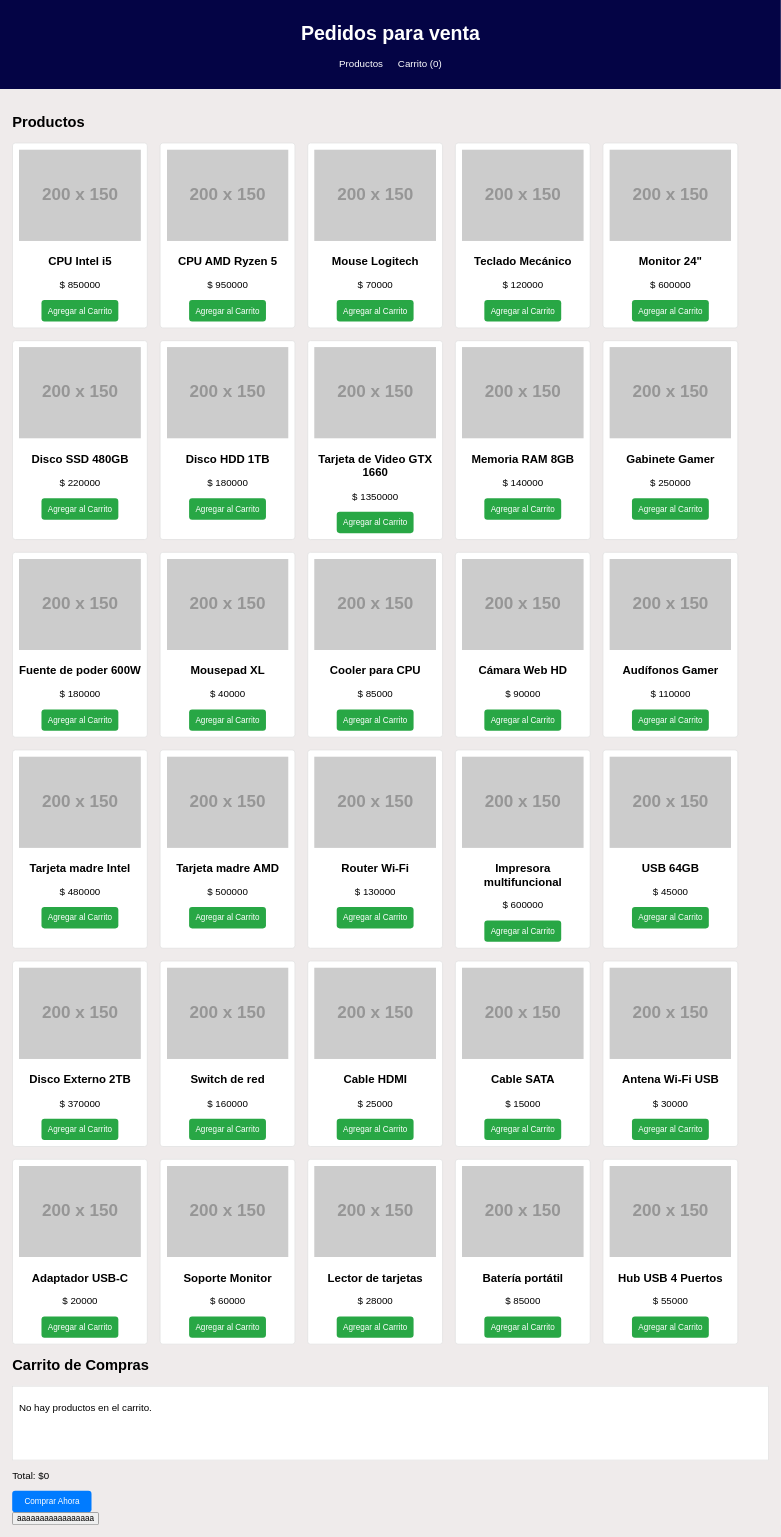
Repository: ye909/RAVPIP
Page: src/templei/ventasPortatil.html
An editor plug-in stored every save of this project. The page is shown before and after the next save, followed by the edit.
The browser window is 1280 px wide. The pictures show the whole page, at 61% of full size.

Above is the page before, as saved 2025-04-10 07:51:47.
Console error: ReferenceError: updateCart is not defined

### src/templei/ventasPortatil.html


<!DOCTYPE html>
<html lang="es">
<head>
    <meta charset="UTF-8">
    <meta name="viewport" content="width=device-width, initial-scale=1.0">
    <title>Tienda de Medios Tecnológicos</title>
    <link rel="stylesheet" href="../css/ventas.css">
</head>
<body>
  <header>
    <h1>Pedidos para venta </h1>
    <nav>
      <ul>
        <li><a href="#productos">Productos</a></li>
        <li><a href="#carrito">Carrito (<span id="cart-count">0</span>)</a></li>
      </ul>
    </nav>
  </header>

  <main class="containerCarrito">
    <section id="productos">
      <h2>Productos</h2>
      <div class="product-list" id="product-list">

      </div>
    </section>

    <section id="carrito">
      <h2>Carrito de Compras</h2>
      <div id="cart-items">
        <p>No hay productos en el carrito.</p>
      </div>
      <p>Total: $<span id="cart-total">0</span></p>
      <button id="checkout-btn" >Comprar Ahora</button>
    </section>

    <button id="btn">aaaaaaaaaaaaaaaaa</button>
  </main>

  <!-- <footer>
    <p>&copy; 2023 Tienda de Medios Tecnológicos</p>
  </footer> -->


    <script src="../js/ventas.js"></script>

</body>
</html>

### src/css/ventas.css




body {
    font-family: Arial, sans-serif;
    margin: 0;
    padding: 0;
    background-color: #f4f4f9;
  }

  header {
    background-color: #040445;
    color: #fff;
    padding: 1rem;
    text-align: center;
  }

  header nav ul {
    list-style: none;
    padding: 0;
  }

  header nav ul li {
    display: inline;
    margin: 0 10px;
  }

  header nav ul li a {
    color: #fff;
    text-decoration: none;
  }

  main {
    padding: 20px;
    background: #efebeb;
  }

  .product-list {
    display: flex;
    flex-wrap: wrap;
    gap: 20px;
  }

  .product {
    background-color: #fff;
    border: 1px solid #ddd;
    border-radius: 5px;
    padding: 10px;
    width: 200px;
    text-align: center;
  }

  .product img {
    max-width: 100%;
    height: auto;
  }

  .add-to-cart {
    background-color: #28a745;
    color: #fff;
    border: none;
    padding: 10px;
    cursor: pointer;
    border-radius: 5px;
  }

  .add-to-cart:hover {
    background-color: #218838;
  }

  #carrito {
    margin-top: 20px;
  }

  #cart-items {
    min-height: 100px;
    border: 1px solid #ddd;
    padding: 10px;
    background-color: #fff;
  }

  #checkout-btn {
    background-color: #007bff;
    color: #fff;
    border: none;
    padding: 10px 20px;
    cursor: pointer;
    border-radius: 5px;
  }

  #checkout-btn:disabled {
    background-color: #ccc;
  }

  footer {
    text-align: center;
    padding: 10px;
    background-color: #333;
    color: #fff;
    position: fixed;
    bottom: 0;
    width: 100%;
  }

### src/js/ventas.js


fetch("../js/datos.json")
  .then(response => response.json())
  .then(data =>{

  data.forEach((item)=>{
    const productlist = document.getElementById("product-list")
    const sudcontainer=document.createElement("div")
    sudcontainer.setAttribute("data-id", item.id); // Suponiendo que el JSON tiene un campo "id"
    sudcontainer.setAttribute("data-name", item.name);
    sudcontainer.setAttribute("data-price", item.price);


    sudcontainer.classList.add("product")
    sudcontainer.innerHTML=`
    <img src="${item.image}" alt="Smartphone X">
   <h3>${item.name} </h3>
   <p>$ ${item.price}</p>
   <button class="add-to-cart">Agregar al Carrito</button>
    `
   productlist.appendChild(sudcontainer)
    console.log(productlist)

  })





  const cart = [];
  let cartTotal = 0;

// Función para actualizar el carrito
 function updateCart() {
   const cartItemsDiv = document.getElementById('cart-items');
   const cartCountSpan = document.getElementById('cart-count');
   const cartTotalSpan = document.getElementById('cart-total');
   const checkoutBtn = document.getElementById('checkout-btn');

  // Limpiar el contenido actual del carrito
   cartItemsDiv.innerHTML = '';

   if (cart.length === 0) {
     cartItemsDiv.innerHTML = '<p>No hay productos en el carrito.</p>';
     checkoutBtn.disabled = true;
   } else {
     cart.forEach(item => {
       const itemDiv = document.createElement('div');
       itemDiv.textContent = `${item.name} - $${item.price}`;
       cartItemsDiv.appendChild(itemDiv);
     });
     checkoutBtn.disabled = false;
   }

   // Actualizar el contador y el total
   cartCountSpan.textContent = cart.length;
   cartTotalSpan.textContent = cartTotal.toFixed(2);
 }

 // Agregar productos al carrito
 document.querySelectorAll('.add-to-cart').forEach(button => {
   button.addEventListener('click', () => {
     const productDiv = button.parentElement;
     const productId = productDiv.dataset.id;
     const productName = productDiv.dataset.name;
     const productPrice = parseFloat(productDiv.dataset.price);

//     // Verificar si el producto ya está en el carrito
     const existingItem = cart.find(item => item.id === productId);
     if (existingItem) {
       existingItem.quantity += 1;
     } else {
       cart.push({ id: productId, name: productName, price: productPrice, quantity: 1 });
     }

     // Actualizar el total
     cartTotal += productPrice;

     // Actualizar la vista del carrito
     updateCart();
   });
 });

 document.getElementById("btn").addEventListener("click",verCarrito)

 function verCarrito() {
  alert("a")
  // const containerCarrito

 }
} )
 // Inicializar el carrito
 updateCart();

### src/js/datos.json

[
  { "id": 1,
  "name": "CPU Intel i5",
   "price": 850000,
   "image": "https://via.placeholder.com/200x150?text=CPU+Intel+i5" },
  { "id": 2, "name": "CPU AMD Ryzen 5", "price": 950000, "image": "https://via.placeholder.com/200x150?text=Ryzen+5" },
  { "id": 3, "name": "Mouse Logitech", "price": 70000, "image": "https://via.placeholder.com/200x150?text=Mouse" },
  { "id": 4, "name": "Teclado Mecánico", "price": 120000, "image": "https://via.placeholder.com/200x150?text=Teclado" },
  { "id": 5, "name": "Monitor 24\"", "price": 600000, "image": "https://via.placeholder.com/200x150?text=Monitor" },
  { "id": 6, "name": "Disco SSD 480GB", "price": 220000, "image": "https://via.placeholder.com/200x150?text=SSD" },
  { "id": 7, "name": "Disco HDD 1TB", "price": 180000, "image": "https://via.placeholder.com/200x150?text=HDD" },
  { "id": 8, "name": "Tarjeta de Video GTX 1660", "price": 1350000, "image": "https://via.placeholder.com/200x150?text=GPU" },
  { "id": 9, "name": "Memoria RAM 8GB", "price": 140000, "image": "https://via.placeholder.com/200x150?text=RAM+8GB" },
  { "id": 10, "name": "Gabinete Gamer", "price": 250000, "image": "https://via.placeholder.com/200x150?text=Gabinete" },
  { "id": 11, "name": "Fuente de poder 600W", "price": 180000, "image": "https://via.placeholder.com/200x150?text=PSU+600W" },
  { "id": 12, "name": "Mousepad XL", "price": 40000, "image": "https://via.placeholder.com/200x150?text=Mousepad" },
  { "id": 13, "name": "Cooler para CPU", "price": 85000, "image": "https://via.placeholder.com/200x150?text=Cooler" },
  { "id": 14, "name": "Cámara Web HD", "price": 90000, "image": "https://via.placeholder.com/200x150?text=Webcam" },
  { "id": 15, "name": "Audífonos Gamer", "price": 110000, "image": "https://via.placeholder.com/200x150?text=Headset" },
  { "id": 16, "name": "Tarjeta madre Intel", "price": 480000, "image": "https://via.placeholder.com/200x150?text=Motherboard" },
  { "id": 17, "name": "Tarjeta madre AMD", "price": 500000, "image": "https://via.placeholder.com/200x150?text=Motherboard+AMD" },
  { "id": 18, "name": "Router Wi-Fi", "price": 130000, "image": "https://via.placeholder.com/200x150?text=Router" },
  { "id": 19, "name": "Impresora multifuncional", "price": 600000, "image": "https://via.placeholder.com/200x150?text=Impresora" },
  { "id": 20, "name": "USB 64GB", "price": 45000, "image": "https://via.placeholder.com/200x150?text=USB+64GB" },
  { "id": 21, "name": "Disco Externo 2TB", "price": 370000, "image": "https://via.placeholder.com/200x150?text=Disco+Externo" },
  { "id": 22, "name": "Switch de red", "price": 160000, "image": "https://via.placeholder.com/200x150?text=Switch" },
  { "id": 23, "name": "Cable HDMI", "price": 25000, "image": "https://via.placeholder.com/200x150?text=HDMI" },
  { "id": 24, "name": "Cable SATA", "price": 15000, "image": "https://via.placeholder.com/200x150?text=SATA" },
  { "id": 25, "name": "Antena Wi-Fi USB", "price": 30000, "image": "https://via.placeholder.com/200x150?text=Antena+WiFi" },
  { "id": 26, "name": "Adaptador USB-C", "price": 20000, "image": "https://via.placeholder.com/200x150?text=USB-C" },
  { "id": 27, "name": "Soporte Monitor", "price": 60000, "image": "https://via.placeholder.com/200x150?text=Soporte" },
  { "id": 28, "name": "Lector de tarjetas", "price": 28000, "image": "https://via.placeholder.com/200x150?text=Lector" },
  { "id": 29, "name": "Batería portátil", "price": 85000, "image": "https://via.placeholder.com/200x150?text=Power+Bank" },
  { "id": 30, "name": "Hub USB 4 Puertos", "price": 55000, "image": "https://via.placeholder.com/200x150?text=USB+Hub" }
]

After the next save:
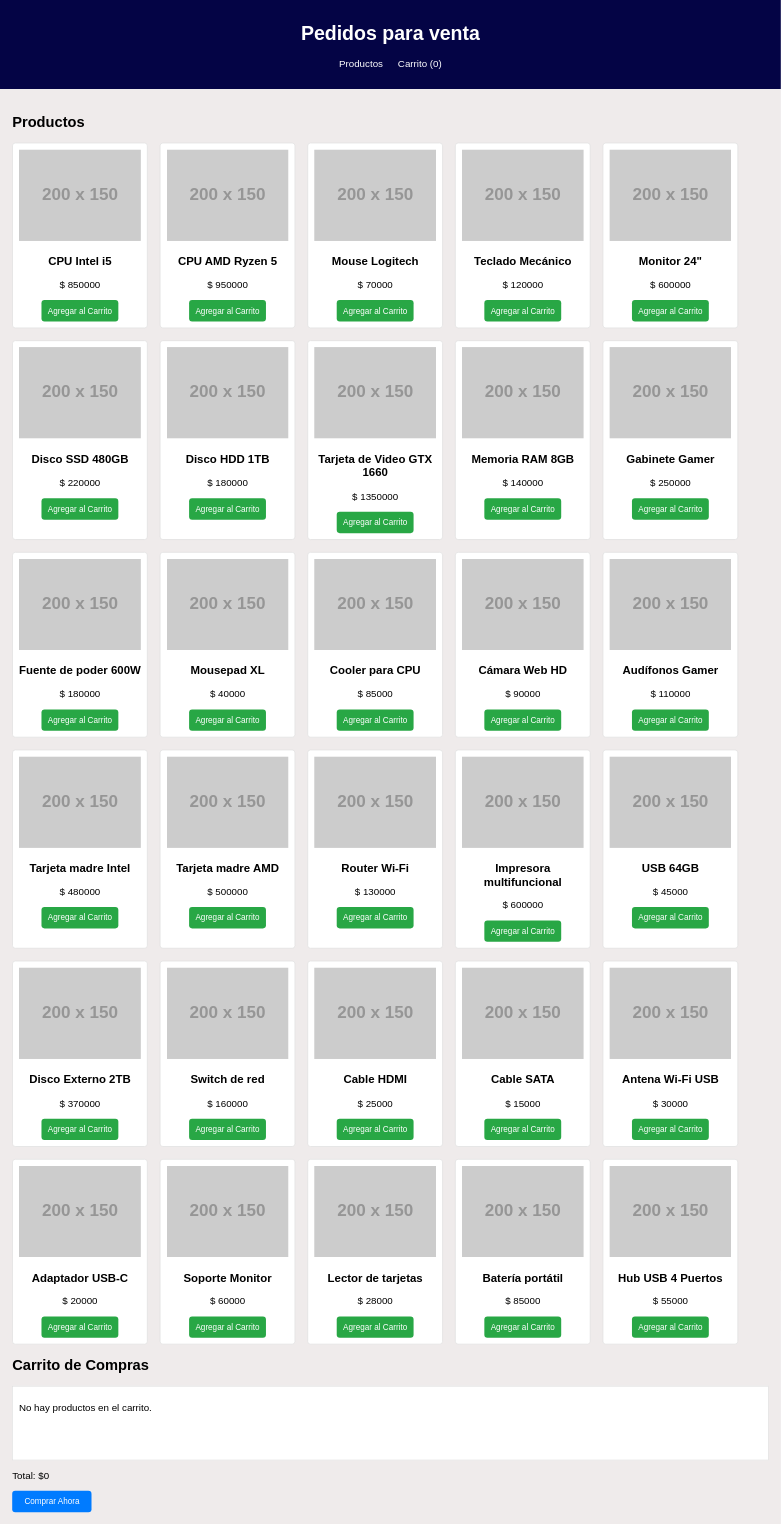
Saved 13 s later.
--- a/src/templei/ventasPortatil.html
+++ b/src/templei/ventasPortatil.html
@@ -36,7 +36,7 @@
       <button id="checkout-btn" >Comprar Ahora</button>
     </section>
 
-    <button id="btn">aaaaaaaaaaaaaaaaa</button>
+
   </main>
 
   <!-- <footer>

After the 2 saves that followed:
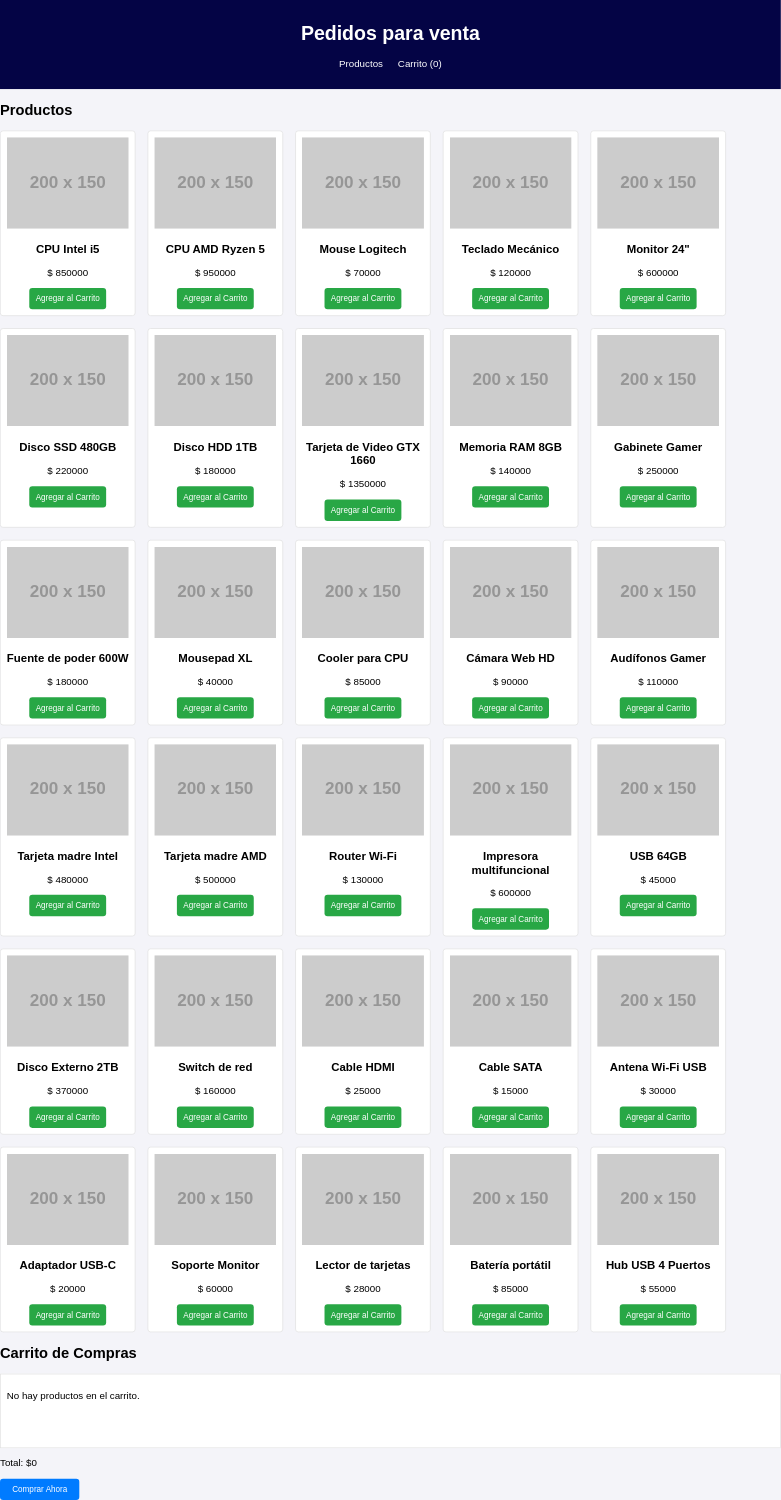
The 2 saves are shown as one change because 1 left the picture as it was.
The last was saved 3 min 15 s later.
--- a/src/css/ventas.css
+++ b/src/css/ventas.css
@@ -31,10 +31,10 @@
     text-decoration: none;
   }
 
-  main {
+  /* main {
     padding: 20px;
     background: #efebeb;
-  }
+  } */
 
   .product-list {
     display: flex;
--- a/src/js/ventas.js
+++ b/src/js/ventas.js
@@ -82,7 +82,7 @@
    });
  });
 
- document.getElementById("btn").addEventListener("click",verCarrito)
+ document.getElementById("checkout-btn").addEventListener("click",verCarrito)
 
  function verCarrito() {
   alert("a")
